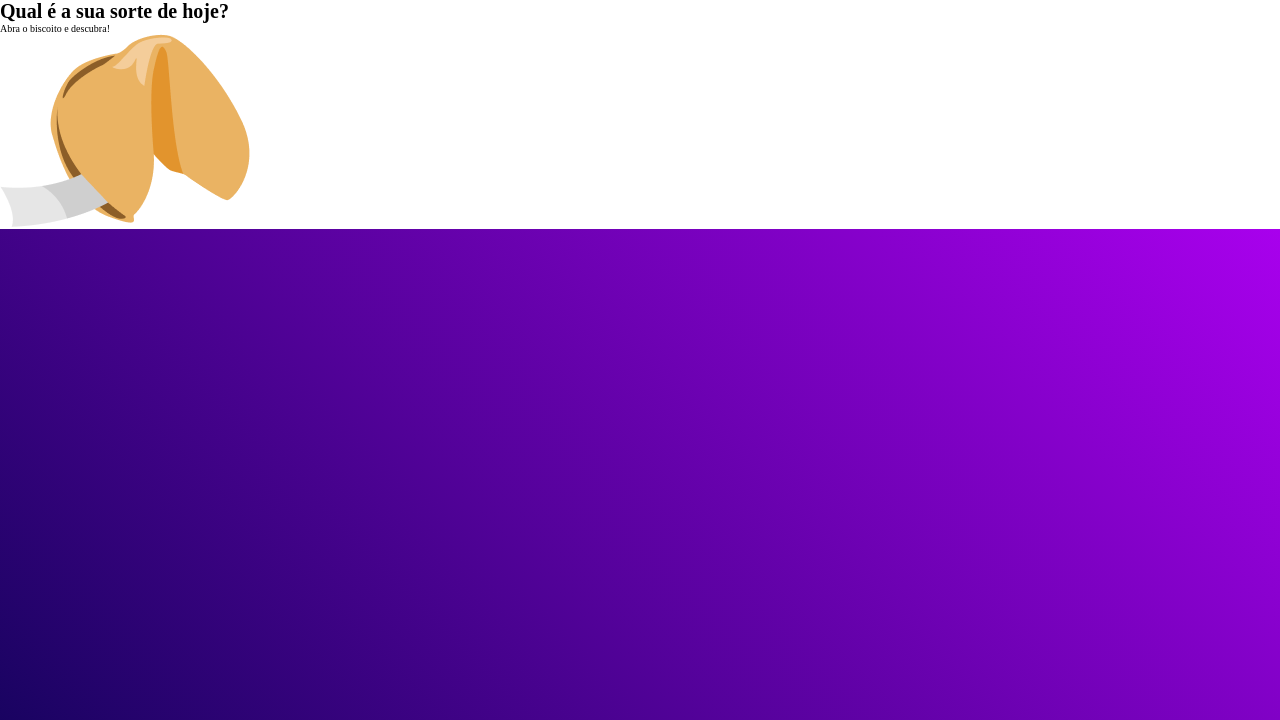
Repository: caueenrico/cookieCoach
Page: index.html
An editor plug-in stored every save of this project. The page is shown before and after a run of saves, followed by the edit.
The browser window is 1280 px wide. The pictures show the whole page.

Above is the page before, as saved 2023-06-27 16:03:10.

### index.html
<!DOCTYPE html>
<html lang="en">
  <head>
    <meta charset="UTF-8" />
    <meta name="viewport" content="width=device-width, initial-scale=1.0" />
    <link rel="preconnect" href="https://fonts.googleapis.com" />
    <link rel="preconnect" href="https://fonts.gstatic.com" crossorigin />
    <link
      href="https://fonts.googleapis.com/css2?family=DM+Sans&family=Dancing+Script&family=Montserrat:wght@700&display=swap"
      rel="stylesheet"
    />
    <link rel="stylesheet" href="style.css" />
    <title>biscoito da sorte</title>
  </head>
  <body>
    <main>
      <h1>Qual é a sua sorte de hoje?</h1>
      <p>Abra o biscoito e descubra!</p>
      <img src="/biscoitoClose.png" alt="">
    </main>
  </body>
</html>

### style.css
*{
  margin: 0;
  padding: 0;
  box-sizing: border-box;
}

:root{
  font-size: 62.5%;

  --fs-heading: 2.4rem;
  --ff-heading: 'Montserrat', sans-serif;

  --fs-subt: 1.5rem;
  --ff-subt: 'DM Sans',sans-serif;
}

body{
  height: 100vh;
  width: 100vw;

  background: linear-gradient(45deg, #190361 0%, #B0F 100%);}

main {
  background-color: #fff;
  max-width: ;

}

After the next 4 saves:
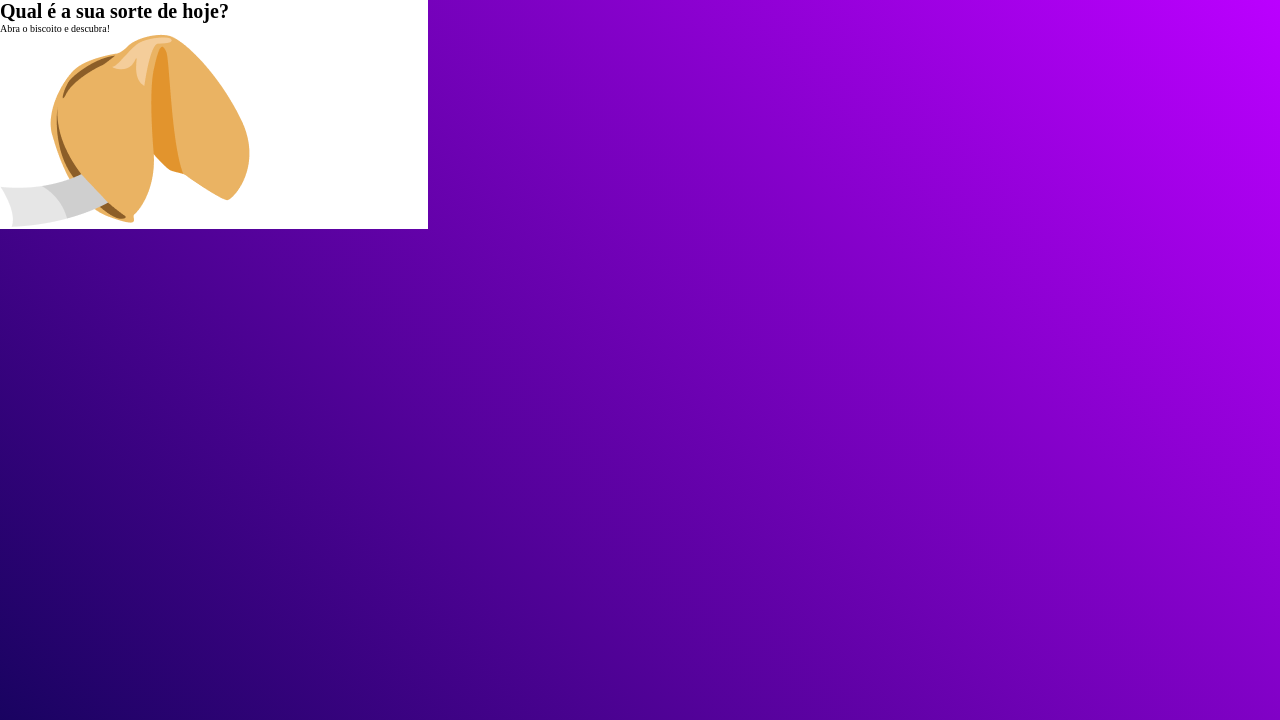
The 4 saves are shown as one change because they came seconds apart.
The last was saved 9 s later.
--- a/style.css
+++ b/style.css
@@ -22,6 +22,6 @@ body{
 
 main {
   background-color: #fff;
-  max-width: ;
+  max-width: 42.8rem;
 
 }
